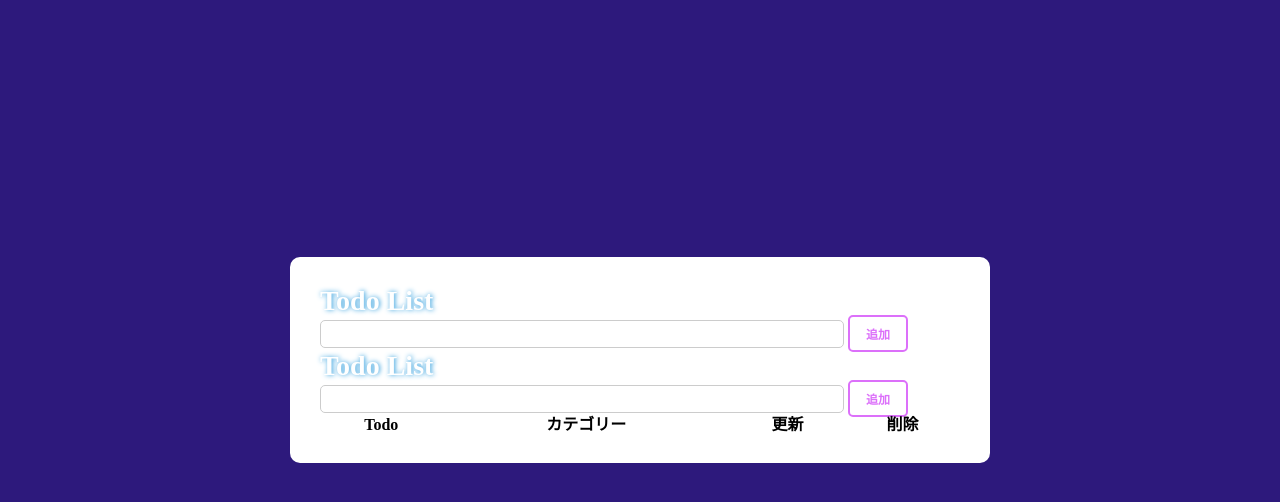
Repository: azuma2/cate
Page: http://localhost/
The author's editor kept a copy of each file at every save. The page is drawn from the files as they stood at one save, then again after a run of saves.
The browser window is 1280 px wide. The pictures show the whole page.
The page is served by the project's Laravel application, run on PHP 8.4 with Laravel 8. Other server files are loaded and not shown. Queries for data that is not in the repository find no rows.

Above is the page before, as saved 2022-05-17 02:21:01.

### routes/web.php
<?php

use Illuminate\Support\Facades\Route;
use App\Http\Controllers\TodoController;
use App\Http\Controllers\CateController;


Route::get('/', [TodoController::class, 'index']);
Route::post('/todo/create', [TodoController::class, 'create']);
Route::post('/todo/update', [TodoController::class, 'update']);
Route::post('/todo/delete', [TodoController::class, 'remove']);
Route::post('/todo/search', [TodoController::class, 'search']);
Route::post('/cate/create', [CateController::class, 'post']);
Route::post('/cate/update', [CateController::class, 'update']);
Route::post('/cate/delete', [CateController::class, 'remove']);
Route::post('/cate/search', [CateController::class, 'search']);

### app/Http/Controllers/TodoController.php
<?php

namespace App\Http\Controllers;

use App\Models\Todo;
use App\Models\Cate;
use Illuminate\Http\Request;
use Illuminate\Support\Facades\DB;

class TodoController extends Controller
{
    public function index()
    {
        $items = Todo::all();
        $items = DB::select('select * from todos');

        return view('index', ['items' => $items]);
    }

    public function create(Request $request)
    {
        $param = ['content' => $request->content,];
        $this->validate($request, Todo::$rules);

        DB::insert('insert into todos (content) values (:content)', $param);
        return redirect('/');
    }

    public function update(Request $request)
    {
         $param = [
            'id' => $request->id,
            'content' => $request->content,

        ];
        $this->validate($request, Todo::$rules);
        DB::update('update todos set content =:content where id =:id', $param);
        return redirect('/');
    }

    public function remove(Request $request)
    {
        $param = ['id' => $request->id];
        DB::delete('delete from todos where id =:id', $param);
        return redirect('/');
    }

}

### app/Models/todo.php
<?php


namespace App\Models;

use Illuminate\Database\Eloquent\Factories\HasFactory;
use Illuminate\Database\Eloquent\Model;
use App\Models\Cate;

class Todo extends Model
{
    use HasFactory;

    protected $fillable = ['cate_id', 'content'];

    public static $rules = array(
        'cate_id' => 'text',
        'content' => 'required|max:20',
    );

    public function cate(){
        return $this->belongsTo('App\Models\cate');
    }


}

### resources/views/index.blade.php
<!DOCTYPE html>
<html lang="ja">
<head>
    <meta charset="UTF-8">
    <meta http-equiv="X-UA-Compatible" content="IE=edge">
    <meta name="viewport" content="width=device-width, initial-scale=1.0">
    <link rel="stylesheet" href="{{ asset('\resources\views\reset.css') }}" >
    <title>@yield('title')</title>
    <style>
    body {
      font-size:16px;
      margin: 5px;
      background-color: #2d197c;
    }

    td {
      padding: 5px 10px;
      text-align: center;
    }

    .narabe{
      display:flex;
        flex-flow: column;
    }

    .button {
    text-align: left;
    border: 2px solid #dc70fa;
    font-size: 12px;
    color: #dc70fa;
    background-color: #fff;
    font-weight: bold;
    padding: 8px 16px;
    border-radius: 5px;
    cursor: pointer;
    transition: 0.4s;
    outline: none;
}
.input-add {
    width: 80%;
    padding: 5px;
    border-radius: 5px;
    border: 1px solid #ccc;
    appearance: none;
    font-size: 14px;
    outline: none;
}
.input-update {
    width: 90%;
    padding: 5px;
    border-radius: 5px;
    border: 1px solid #ccc;
    appearance: none;
    font-size: 14px;
    outline: none;
}
    .card {
    background-color: #fff;
    width: 50vw;
    padding: 30px;
    position: absolute;
    top: 50%;
    left: 50%;
    transform: translate(-50%, -50%);
    border-radius: 10px;
}
    h2 {
      font-size:28px;
      color:white;
      text-shadow:1px 0 5px #289ADC;
      margin-left: 1px;
      margin: 0;
    }
    .content {
      margin:10px;
    }
    </style>
  </head>
  <body>
  <div class="container">
    <div class="card">
      <h2 class="title">Todo List</h2>
            <div class="todo">
              @if ($errors->has('content'))
                  <tr>
                    <th>ERROR</th>
                  <td>
                  {{$errors->first('content')}}
                </td>
            </tr>
          @endif
        <form action="/todo/create" method="post">
            @csrf
          <input type="text" class="input-add" name="content" />
          <input class="button" type="submit" value="追加" />
        </form>
      <h2 class="title">Todo List</h2>
            <div class="todo">
              @if ($errors->has('content'))
                  <tr>
                    <th>ERROR</th>
                  <td>
                  {{$errors->first('content')}}
                </td>
            </tr>
          @endif
        <form action="/todo/create" method="post">
            @csrf
          <input type="text" class="input-add" name="content" />
          <input class="button" type="submit" value="追加" />
        </form>
          <div class="narabe">
        <table>
            @csrf
          <tr>
            <th>Todo</th>
            <th>カテゴリー</th>
            <th>更新</th>
            <th>削除</th>
          </tr>

                    <tr>
            @foreach ($items as $item)

            <td>

            </td>

            <form action="/todo/update" method="post">
              @csrf
              <td>
                <input type="text" class="input-update" value="{{$item->content}}" name="content" />
              </td>
              <td>
                <input type="hidden"  name="id" value="{{$item->id}}">
                <input class="button" type="submit" value="更新" >
              </td>
            </form>
            <td>
              <form action="/todo/delete" method="post" >
                    @csrf
                <input  type="hidden" name="id" value="{{$item->id}}" >
                <input class="button" type="submit" value="削除" >
              </form>
            </td>
            </div>
          </tr>
          @endforeach
                  </table>
      </div>
    </div>
  </div>
  </div>

</body>
</html>

### resources/views/reset.css
/*
html5doctor.com Reset Stylesheet
v1.6.1
Last Updated: 2010-09-17
Todo: Richard Clark - http://richclarkdesign.com
Twitter: @rich_clark
*/

html, body, div, span, object, iframe,
h1, h2, h3, h4, h5, h6, p, blockquote, pre,
abbr, address, cite, code,
del, dfn, em, img, ins, kbd, q, samp,
small, strong, sub, sup, var,
b, i,
dl, dt, dd, ol, ul, li,
fieldset, form, label, legend,
table, caption, tbody, tfoot, thead, tr, th, td,
article, aside, canvas, details, figcaption, figure,
footer, header, hgroup, menu, nav, section, summary,
time, mark, audio, video {
    margin:0;
    padding:0;
    border:0;
    outline:0;
    font-size:100%;
    vertical-align:baseline;
    background:transparent;
}

body {
    line-height:1;
}

article,aside,details,figcaption,figure,
footer,header,hgroup,menu,nav,section {
    display:block;
}

nav ul {
    list-style:none;
}

blockquote, q {
    quotes:none;
}

blockquote:before, blockquote:after,
q:before, q:after {
    content:'';
    content:none;
}

a {
    margin:0;
    padding:0;
    font-size:100%;
    vertical-align:baseline;
    background:transparent;
}

/* change colours to suit your needs */
ins {
    background-color:#ff9;
    color:#000;
    text-decoration:none;
}

/* change colours to suit your needs */
mark {
    background-color:#ff9;
    color:#000;
    font-style:italic;
    font-weight:bold;
}

del {
    text-decoration: line-through;
}

abbr[title], dfn[title] {
    border-bottom:1px dotted;
    cursor:help;
}

table {
    border-collapse:collapse;
    border-spacing:0;
}

/* change border colour to suit your needs */
hr {
    display:block;
    height:1px;
    border:0;
    border-top:1px solid #cccccc;
    margin:1em 0;
    padding:0;
}

input, select {
    vertical-align:middle;
}

Loaded but not shown: app/Http/Controllers/Controller.php (common file)

After the next 2 saves:
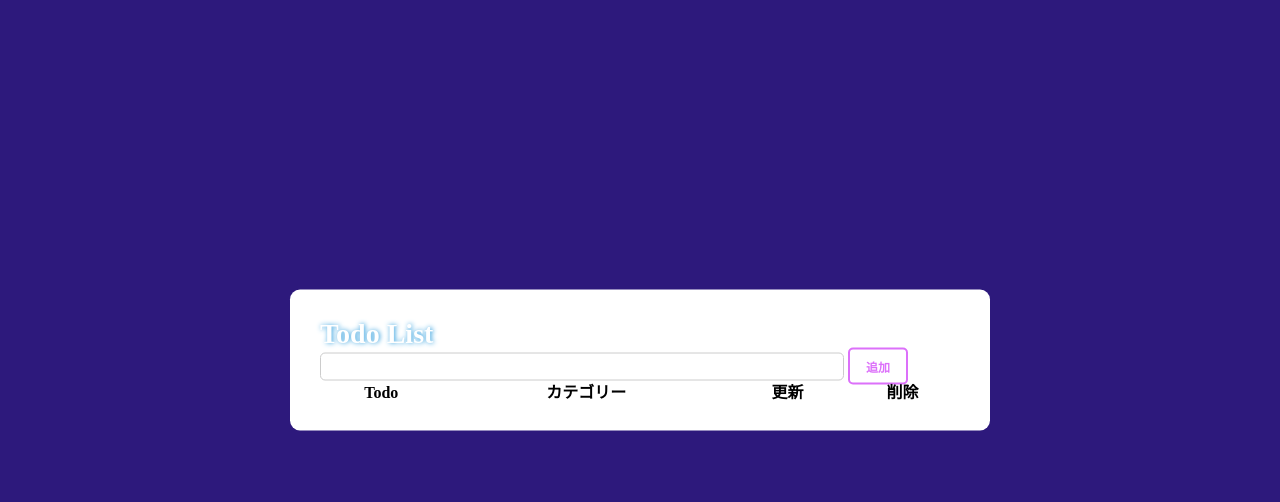
The 2 saves are shown as one change because they came seconds apart.
The last was saved 5 min 8 s later.
--- a/resources/views/index.blade.php
+++ b/resources/views/index.blade.php
@@ -94,21 +94,6 @@
           <input type="text" class="input-add" name="content" />
           <input class="button" type="submit" value="追加" />
         </form>
-      <h2 class="title">Todo List</h2>
-            <div class="todo">
-              @if ($errors->has('content'))
-                  <tr>
-                    <th>ERROR</th>
-                  <td>
-                  {{$errors->first('content')}}
-                </td>
-            </tr>
-          @endif
-        <form action="/todo/create" method="post">
-            @csrf
-          <input type="text" class="input-add" name="content" />
-          <input class="button" type="submit" value="追加" />
-        </form>
           <div class="narabe">
         <table>
             @csrf
